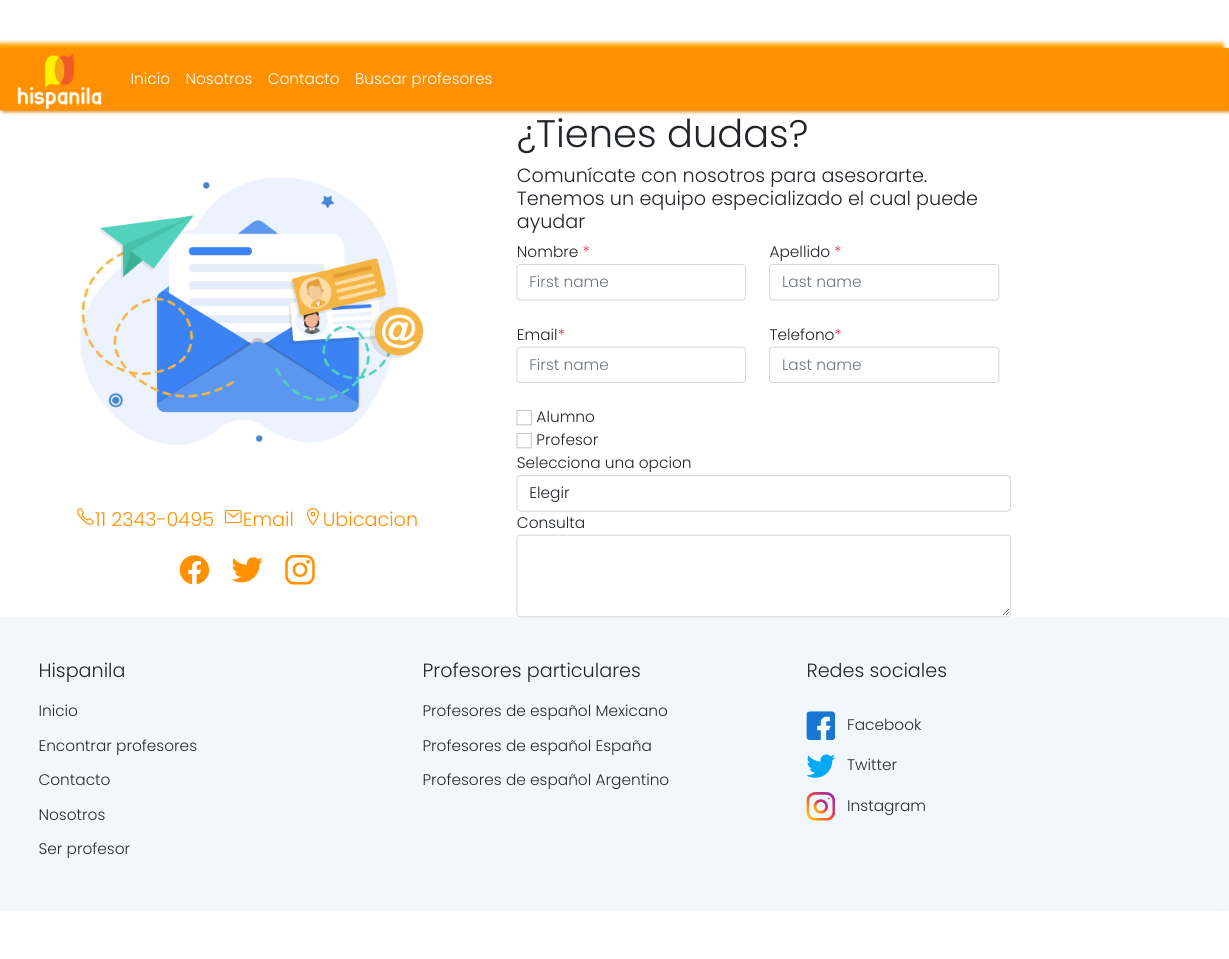
Repository: AgustinGarciaDev/Hispanila
Page: contact.html
An editor plug-in stored every save of this project. The page is shown before and after the next save, followed by the edit.
The browser window is 1280 px wide. The pictures show the whole page, at 96% of full size.
Some web libraries are served in a nearby version. The style sheet was rebuilt from its Sass, Less or Tailwind sources for each picture, by a compiler version that may differ from the author's.

Above is the page before, as saved 2021-01-28 23:34:04.

### contact.html
<!DOCTYPE html>
<html lang="en">

<head>

    <head>
        <meta charset="UTF-8">
        <title>Contacto</title>
        <meta name="viewport" content="width=device-width, user-scalable=no">
        <meta name="description" content="¿Tenes dudas? Comunícate con nosotros para asesorarte. Tenemos un equipo especializado el cual puede ayudar ">
        <meta name="keywords" content="Hispanila, contacto, ayuda, equipo , asesoramiento">
        <link rel="stylesheet" href="https://cdnjs.cloudflare.com/ajax/libs/animate.css/4.1.1/animate.min.css" />
        <link rel="preconnect" href="https://fonts.gstatic.com">
        <link rel="preconnect" href="https://fonts.gstatic.com">
        <link href="https://fonts.googleapis.com/css2?family=Poppins:ital,wght@0,200;0,300;0,800;0,900;1,200;1,500&display=swap" rel="stylesheet">
        <link href="https://fonts.googleapis.com/css2?family=Archivo:ital@0;1&display=swap" rel="stylesheet">
        <link href="https://cdn.jsdelivr.net/npm/bootstrap@5.0.0-beta1/dist/css/bootstrap.min.css" rel="stylesheet" integrity="sha384-giJF6kkoqNQ00vy+HMDP7azOuL0xtbfIcaT9wjKHr8RbDVddVHyTfAAsrekwKmP1" crossorigin="anonymous">
        <link rel="stylesheet" href="./css/style.css">

    </head>
</head>

<body class="contact__body">
    <header>
        <nav class="navbar navbar-expand-lg navbar-light bg-light nav-color">
            <div class="container-fluid">
                <a class="navbar-brand" href="./index.html"><img class="logo" src="./img/Hispanila_opt.png" alt=""></a>
                <button class="navbar-toggler" type="button" data-bs-toggle="collapse" data-bs-target="#navbarSupportedContent" aria-controls="navbarSupportedContent" aria-expanded="false" aria-label="Toggle navigation">
            <span class="navbar-toggler-icon"></span>
          </button>
                <div class="collapse navbar-collapse" id="navbarSupportedContent">
                    <ul class="navbar-nav me-auto mb-2 mb-lg-0">
                        <li class="nav-item">
                            <a class="nav-link active" aria-current="page" href="./index.html">Inicio</a>
                        </li>
                        <li class="nav-item">
                            <a class="nav-link" href="./we.html">Nosotros</a>
                        </li>
                        <li class="nav-item">
                            <a class="nav-link" href="./contact.html">Contacto</a>
                        </li>
                        <li class="nav-item">
                            <a class="nav-link" href="./searchteacer.html">Buscar profesores</a>
                        </li>
                    </ul>
                </div>
            </div>
        </nav>
    </header>

    <section>
        <div class="row">
            <div class="col-xl-5 col-lg12">
                <img class="email_img" src="./img/email.jpg" alt="">
                <div class="icons__list">
                    <a href="" class="icons__list_a">
                        <ion-icon name="call-outline"></ion-icon>11 2343-0495</a>
                    <a href="" class="icons__list_a">
                        <ion-icon name="mail-outline"></ion-icon>Email</a>
                    <a href="" class="icons__list_a">
                        <ion-icon name="location-outline"></ion-icon>Ubicacion</a>
                </div>
                <div class="icons__list__redsocial">
                    <a href="">
                        <ion-icon class="icons__list_logo_Redes" name="logo-facebook"></ion-icon>
                    </a>
                    <a href="">
                        <ion-icon class="icons__list_logo_Redes" name="logo-twitter"></ion-icon>
                    </a>
                    <a href="">
                        <ion-icon class="icons__list_logo_Redes" name="logo-instagram"></ion-icon>
                    </a>
                </div>
            </div>
            <div class="col-xl-5 col-lg12 ">
                <div class="text-contact">
                    <h1 class="text-contact__h1">¿Tienes dudas? </h1>
                    <h2 class="text-contact__h2">Comunícate con nosotros para asesorarte. Tenemos un equipo especializado el cual puede ayudar</h2>
                    <form>
                        <div class="row ">
                            <div class="col-6 mb-4 ">
                                <label class="font-weight-bold ">Nombre <span class="text-danger ">*</span></label>
                                <input type="text " class="form-control " placeholder="First name ">
                            </div>
                            <div class="col-6 mb-4 ">
                                <label class="font-weight-bold ">Apellido <span class="text-danger ">*</span></label>
                                <input type="text " class="form-control " placeholder="Last name ">
                            </div>

                            <div class="col-6 mb-4 ">
                                <label class="font-weight-bold ">Email<span class="text-danger ">*</span></label>
                                <input type="email " class="form-control " placeholder="First name ">
                            </div>
                            <div class="col-6 mb-4 ">
                                <label class="font-weight-bold ">Telefono<span class="text-danger ">*</span></label>
                                <input type="number " class="form-control " placeholder="Last name ">
                            </div>

                            <div class="col-6">
                                <input class="form-check-input " type="checkbox " id="gridCheck ">
                                <label class="form-check-label " for="gridCheck "> Alumno </label></div>
                        </div>
                        <div class="col-6">
                            <input class="form-check-input " type="checkbox " id="gridCheck ">
                            <label class="form-check-label " for="gridCheck "> Profesor</label></div>
                        <div class="col-12">
                            <label for="inputState ">Selecciona una opcion</label>
                            <select id="inputState " class="form-control ">
                               <option selected>Elegir</option>
                               <option>Problema con un profesor</option>
                               <option>Necesito soporte tecnico</option>
                               <option>Otra</option>
                            </select>
                        </div>
                        <div class="col-12 ">
                            <label for="exampleFormControlTextarea1 ">Consulta</label>
                            <textarea class="form-control " id="exampleFormControlTextarea1 " rows="3 "></textarea>
                        </div>
                    </form>
                </div>
            </div>
        </div>
        </div>
    </section>
    <footer class="footer">
        <div class="list__footer ">
            <p class="list__footer__p-modifier ">Hispanila</p>
            <li class="list__footer__li-modifier "> <a class="list__footer__a-modifier " href="/index.html ">Inicio</a></li>
            <li class="list__footer__li-modifier "> <a class="list__footer__a-modifier " href="/searchteacer.html ">Encontrar profesores</a></li>
            <li class="list__footer__li-modifier "><a class="list__footer__a-modifier " href="/contacte.html ">Contacto</a></li>
            <li class="list__footer__li-modifier "><a class="list__footer__a-modifier " href="/we.html ">Nosotros</a></li>
            <li class="list__footer__li-modifier "><a class="list__footer__a-modifier " href="/we.html ">Ser profesor</a></li>
        </div>
        <div class="list__footer ">
            <p class="list__footer__p-modifier ">Profesores particulares</p>
            <li class="list__footer__li-modifier "> <a class="list__footer__a-modifier " href=" https://www.facebook.com/ "> Profesores de español Mexicano</a></li>
            <li class="list__footer__li-modifier "><a class="list__footer__a-modifier " href="https://twitter.com/home "> Profesores de español España</a></li>
            <li class="list__footer__li-modifier "><a class="list__footer__a-modifier " href="https://www.instagram.com/ "> Profesores de español Argentino</a></li>
        </div>

        <div class="list__footer ">
            <p class="list__footer__p-modifier "> Redes sociales</p>
            <li class="list__footer__li-modifier "></li><img class="list__footer__img-modifier " src="./img/facebook.svg " alt=" "> <a class="list__footer__a-modifier " href="https://www.facebook.com/ ">Facebook</a></li>
            <li class="list__footer__li-modifier "></li><img class="list__footer__img-modifier " src="./img/gorjeo.svg " alt=" "> <a class="list__footer__a-modifier " href="https://twitter.com/home ">Twitter</a></li>
            <li class="list__footer__li-modifier "></li><img class="list__footer__img-modifier " src="./img/instagram.svg " alt=" "> <a class="list__footer__a-modifier " href="https://www.instagram.com/ ">Instagram</a></li>
        </div>
    </footer>
    <script src="https://unpkg.com/ionicons@5.2.3/dist/ionicons.js "></script>
    <script src="https://cdn.jsdelivr.net/npm/bootstrap@5.0.0-beta1/dist/js/bootstrap.bundle.min.js " integrity="sha384-ygbV9kiqUc6oa4msXn9868pTtWMgiQaeYH7/t7LECLbyPA2x65Kgf80OJFdroafW " crossorigin="anonymous "></script>
</body>

</html>

### scss/style.scss
@import"variables";
@import "header";
@import "footer";
@import "body";
@import "home";
@import "contac";
@import "profile";
@import "aboutUs";

### scss/_variables.scss
/* TIPOGRAFIAS */

$font-body: 'Poppins',
sans-serif;

/* SIZE TIPOGRAFIAS */

$nameteacher: 16px;
$titulocontacto: 20px;

/* ICONOS COLOR */

$color-start-icon: #FEC400;
$color-social:gray;

/*Color background*/

$color-box: linear-gradient(145deg, #d8e8f2, #b6c3cb);

/*Padding*/

$padding-currilum: 40px;

### scss/_header.scss
header {
    position: sticky;
    top: 0;
    z-index: 5;
}

### scss/_footer.scss
.footer {
    background-color: #F2F7FD;
    display: grid;
    grid-template-columns: repeat(3, 1fr);
    padding: 40px;
}

.list__footer__p-modifier {
    font-size: 20px;
}

.list__footer__li-modifier {
    list-style: none;
    align-items: center;
    display: flex;
    margin-bottom: 12px;
}

.list__footer__a-modifier {
    text-decoration: none;
    color: #252b2f;
}

.list-footer a:hover {
    text-decoration: underline;
}

.list__footer__img-modifier {
    width: 30px;
    height: 30px;
    margin-right: 8px;
}

@media (max-width: 768px) {
    .footer {
        display: flex;
        flex-wrap: wrap;
    }
    .list__footer {
        padding-left: 10px;
        padding-right: 10px;
        justify-content: center;
    }
}

@media (max-width: 520px) {}

### scss/_body.scss
body {
    margin: 0;
    font-family: $font-body;
}

### scss/_home.scss
.nav-color {
    background-color: #ff9000 !important;
    height: 65px;
    box-shadow: 2px 2px 4px #d97a00, -5px -5px 4px #ffa600;
}

.nav-link {
    color: white !important;
}

.hero {
    display: grid;
    grid-template-columns: 2fr 2fr;
    height: 600px;
    background-image: url(http://baravdg.com/wp-content/uploads/2021/01/hero-background.png);
    background-position: center;
    background-repeat: no-repeat;
    background-size: cover;
}

.hero .box {
    display: flex;
    flex-direction: column;
    margin: auto;
    padding-left: 30px;
}

.hero__title_h1 {
    color: white;
    font-weight: 700;
    font-size: 50px;
}

.hero__title_p {
    color: white;
    font-size: 30px;
    font-size: 400;
}

.hero__bottom {
    width: 200px;
    color: white;
    padding: 10px;
    text-align: center;
    text-decoration: none;
    font-size: 'Poppins', sans-serif;
    font-weight: 800;
    border-radius: 8px;
    background: linear-gradient(145deg, #ffd529, #d8b322);
}


/* EMPIEZA LAS CARD DE LAS BANDERAS */

.Tittle_h2 {
    text-align: center;
    padding: 30px;
    font-size: 40px;
    font-weight: 800;
}

.block-band {
    display: grid;
    grid-template-columns: repeat(3, 1fr);
    grid-column-gap: 30px;
    grid-row-gap: 30px;
    justify-items: center;
}

.link {
    color: inherit;
    text-decoration: inherit;
}

.card-band {
    border-radius: 24px;
    border-radius: 24px;
    background: #ecf1f4;
    box-shadow: 22px 22px 18px #dee3e5, -22px -22px 18px #faffff;
    width: 400px;
    height: 372px;
}

.content-band {
    display: flex;
    padding-left: 40px;
    padding-bottom: 10px;
}

.info-card {
    padding-top: 9px;
    padding-left: 10px;
}

.info-card h4 {
    margin: 0;
}

.info-card p {
    margin: 0;
    margin-left: 6;
}

.card-band .teacher-photo {
    width: 400px;
    height: 300px;
}

.card-band .band {
    height: 50px;
    width: 50px;
}

.card-prof {
    margin: 40px;
    padding: 40px;
}

.table-proyect {
    padding: 40px;
}


/* Card study*/

.margin {
    margin: 20px;
}

.card__study__resson {
    width: 300px;
    height: 572px;
}

.card__study__img {
    height: 400px;
    width: 200px;
    display: flex;
    margin: auto;
}

.card__study_text {
    text-align: center;
}

.card__study__btn {
    width: 200px;
    color: white;
    padding: 10px;
    justify-content: center;
    text-decoration: none;
    font-size: 'Poppins', sans-serif;
    font-weight: 800;
    border-radius: 8px;
    background: linear-gradient(145deg, #ffd529, #d8b322);
    display: flex;
    margin: auto;
}

@media (max-width: 890px) {
    .block-band {
        grid-template-columns: repeat(2, 1fr);
    }
    .card-band .teacher-photo {
        width: 324px;
        height: 239px;
    }
    .card-band {
        width: 324px;
        height: 325px;
    }
    .logo {
        margin-top: -20px;
    }
}

@media (max-width: 520px) {
    .hero {
        height: 360px;
    }
    .block-band {
        grid-template-columns: none;
    }
    .card__study__resson {
        width: 300px;
        height: 572px;
    }
    .nav-color {
        height: 70px;
    }
    .logo {
        margin-top: -20px;
    }
    .hero__title_h1 {
        font-size: 31px;
    }
    .hero__title_p {
        font-size: 17px;
    }
    .Tittle_h2 {
        text-align: center;
        padding: 17px;
        font-size: 32px;
        font-weight: 800;
    }
}

### scss/_contac.scss
.contact__body {
    margin-top: 50px;
    margin-bottom: 50px;
}

.row {
    margin-right: 0;
}

.email_img {
    width: 100%;
}

.icons__list {
    display: flex;
    justify-content: center;
}

.icons__list_a {
    text-decoration: none;
    color: #ff9000;
    padding-bottom: 10px;
    padding-left: 5px;
    padding-right: 5px;
    font-size: 20px;
}

.icons__list__redsocial {
    display: flex;
    flex-direction: row;
    padding-top: 10px;
    justify-content: center;
}

.icons__list_logo_Redes {
    color: #ff9000;
    font-size: 35px;
    margin: 0 10px;
}

.text-contact__h2 {
    font-size: $titulocontacto;
}

@media (max-width: 520px) {
    .text-contact__h1 {
        text-align: center;
    }
    .text-contact__h2 {
        font-size: $titulocontacto -7;
        text-align: center;
    }
}

### scss/_profile.scss
    .layout {
        display: grid;
        grid-template-columns: 2fr 1fr;
        grid-template-rows: 1fr;
        grid-column-gap: 10px;
        grid-row-gap: 10px;
        padding: 20px;
    }

    .layout__infoteache__video-modifier {
        width: 100%;
        height: 500px;
    }

    .layout__profile {
        border-radius: 8px;
        background: #ffffff;
        box-shadow: 8px 8px 55px #d9d9d9, -8px -8px 55px #ffffff;
    }

    .layaout__datachecher__layout__img-modifier {
        width: 80px;
        height: 80px;
        border-radius: 50%;
        display: flex;
        margin: auto;
    }

    .layaout__datachecher__h1-modifier {
        font-size: 30px;
        font-weight: 600;
    }

    .layaout__datachecher__h2-modifier {
        font-size: 14px;
    }

    .scoreteacher {
        display: flex;
        flex-direction: row;
    }

    .scoreteacher__icon--modifier {
        color: $color-start-icon;
        margin-top: 28px;
        margin-bottom: 2px;
    }

    .scoreteacher__number--modifier {
        margin-top: 26px;
        margin-bottom: 2px;
        padding-left: 9px;
    }

    .layout__sepator {
        border: 1px solid #10101030;
        margin: 10px;
    }

    .card {
        margin-bottom: 15px;
        margin-top: 15px;
    }

    .card-body {
        display: flex;
    }

    .clases__titulo-Modifier {
        font-size: 25px;
        font-size: 500;
    }

    .curriculum {
        margin: 30px 0;
        border-radius: 8px;
        background: #ffffff;
        box-shadow: 8px 8px 55px #d9d9d9, -8px -8px 55px #ffffff;
        padding: $padding-currilum;
    }

    .lessons__box {
        padding: 40px;
        margin: 30px 0;
        border-radius: 8px;
        background: #ffffff;
        box-shadow: 8px 8px 55px #d9d9d9, -8px -8px 55px #ffffff;
    }

    .Comentary {
        margin-top: 20px;
        background: #ffffff;
        box-shadow: 8px 8px 55px #d9d9d9, -8px -8px 55px #ffffff;
        padding: 30px;
    }

    .personaldata {
        display: flex;
        flex-direction: row;
    }

    .Comentary__grid {
        margin-top: 40px;
        display: grid;
        grid-template-columns: 1fr 1fr;
        grid-template-rows: 1fr 1fr 1fr;
        grid-row-gap: 30px;
    }

    .Comentary__layout {
        width: 350px;
        height: 140px;
        padding: 10px;
        background: rgba( 255, 255, 255, 0.00);
        box-shadow: 0 8px 10px 0 rgba( 31, 38, 135, 0.37);
        border-radius: 10px;
    }

    .personaldata img {
        border-radius: 50%;
        width: 50px;
        height: 50px;
    }

    .Reserva {
        position: sticky;
        top: 100px;
        height: 350px;
        border-radius: 8px;
        background: #ffffff;
        box-shadow: 8px 8px 55px #d9d9d9, -8px -8px 55px #ffffff;
    }

    .Reserva__precios_layout {
        padding-bottom: 10px;
        padding-top: 10px;
    }

    .boton__ML {
        display: flex;
        justify-content: center;
    }

    .mercadopago-button {
        height: 40px;
        font-weight: 300px;
        font-family: $font-body;
        background-color: #00b1ff!important;
        width: 100%;
        border-radius: 1px;
        background: $color-box;
        box-shadow: 5px 5px 9px #b8c5ce, -5px -5px 9px #dcedf6;
    }

    .Reserva__divider {
        border: 1px solid gray;
    }

    .Reserva__contact {
        text-align: center;
        padding: 20px;
    }

    .Reserva__contact_boton {
        display: block;
        font-weight: 400;
        padding: 20px;
        text-decoration: none;
        color: white;
        background: #48af41!important;
        border-radius: 1px;
        border-radius: 1px;
        background: $color-box;
        box-shadow: 5px 5px 9px #b8c5ce, -5px -5px 9px #dcedf6;
    }
    /* Responsive */

    @media (max-width: 890px) {
        .layout {
            display: flex;
            flex-direction: column;
        }
        .Comentary__grid {
            display: flex;
            flex-wrap: wrap;
        }
        .Comentary__layout {
            width: 100%;
        }
        .Reserva {
            position: relative;
            top: 0;
            width: 100%;
            height: 350px;
        }
    }

    @media (max-width: 520px) {
        .layout__infoteache__video-modifier {
            height: 240px;
        }
        .layout__scoreteacher {
            margin-left: 132px;
        }
        .layout__dateacher_info {
            margin-left: -9px;
        }
        .Reserva__contact_boton {
            width: 200px;
            height: 70px;
            display: inline-block;
            padding: 10px;
        }
        .card-body {
            flex-direction: column;
            align-items: center;
        }
        .curriculum {
            padding: $padding-currilum -30;
        }
    }

### scss/_aboutUs.scss
    .About__tittle-h1 {
        text-align: center;
        padding: 20px 0;
        font-weight: 800;
    }

    .About__img {
        display: flex;
        justify-content: center;
        align-items: center;
    }

    .About__img--modifier {
        width: 900px;
        height: 600px;
    }

    .About__history {
        text-align: center;
        margin: 10px 500px;
    }

    .About_compromise_img {
        width: 400px;
        height: 300px;
    }

    .about__container {
        margin-top: 50px;
        margin-bottom: 50px;
    }

    .Value {
        margin-top: 40px;
    }

    @media (max-width: 890px) {
        .About__img--modifier {
            width: 100%;
            height: auto;
        }
        .About__history {
            margin: 10px 20px;
        }
    }

    @media (max-width: 570px) {
        .About_compromise_img {
            height: 300px;
        }
        .About_compromise__responsive {
            flex-direction: column-reverse;
            display: flex;
        }
        .Value {
            display: flex;
            align-items: center;
            justify-content: center;
        }
        .Value__box {
            display: flex;
            flex-direction: column;
            justify-content: center;
        }
    }

After the next save:
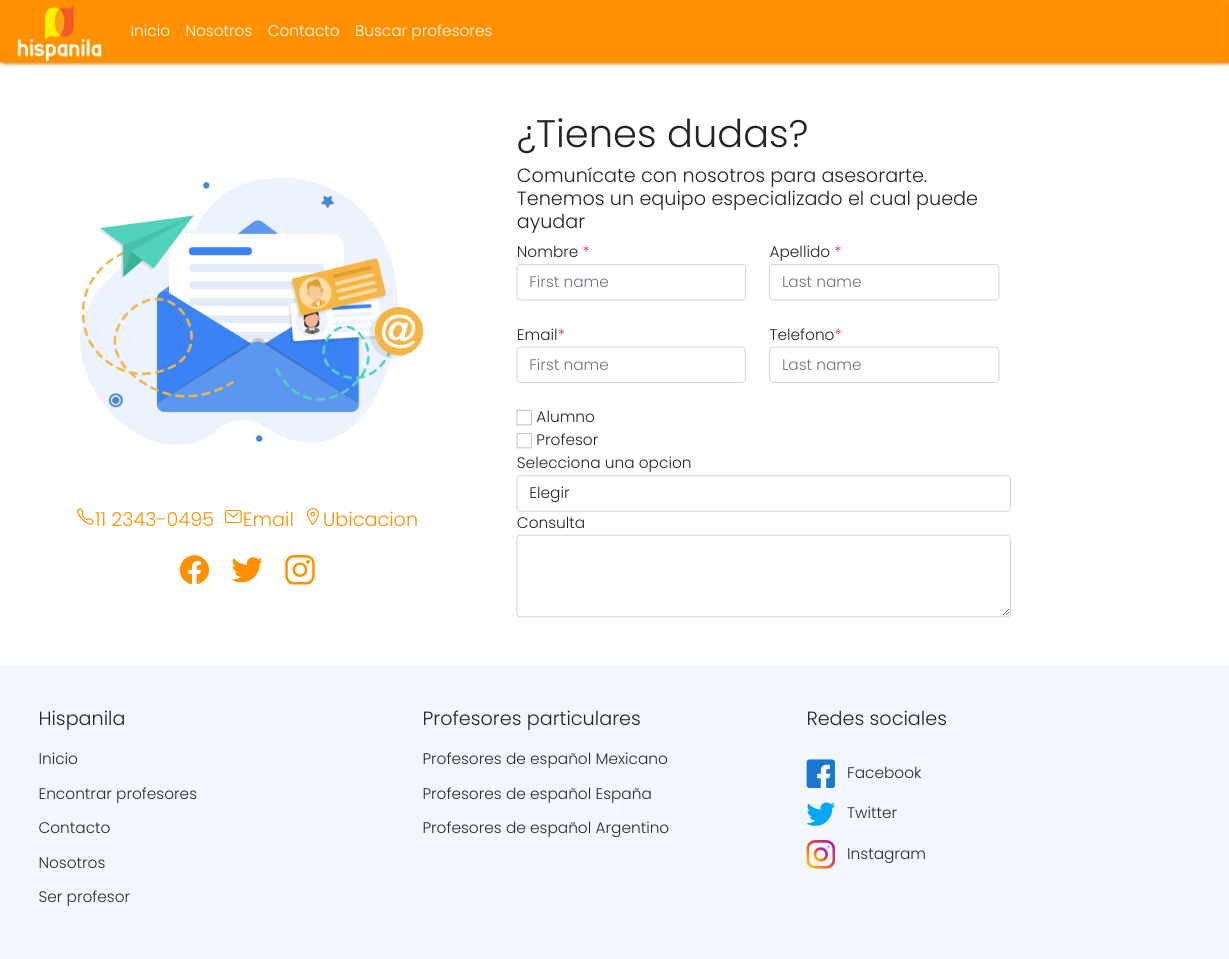
Saved 18 s later.
--- a/contact.html
+++ b/contact.html
@@ -20,7 +20,7 @@
     </head>
 </head>
 
-<body class="contact__body">
+<body>
     <header>
         <nav class="navbar navbar-expand-lg navbar-light bg-light nav-color">
             <div class="container-fluid">
@@ -48,7 +48,7 @@
         </nav>
     </header>
 
-    <section>
+    <section class="contact__body">
         <div class="row">
             <div class="col-xl-5 col-lg12">
                 <img class="email_img" src="./img/email.jpg" alt="">
